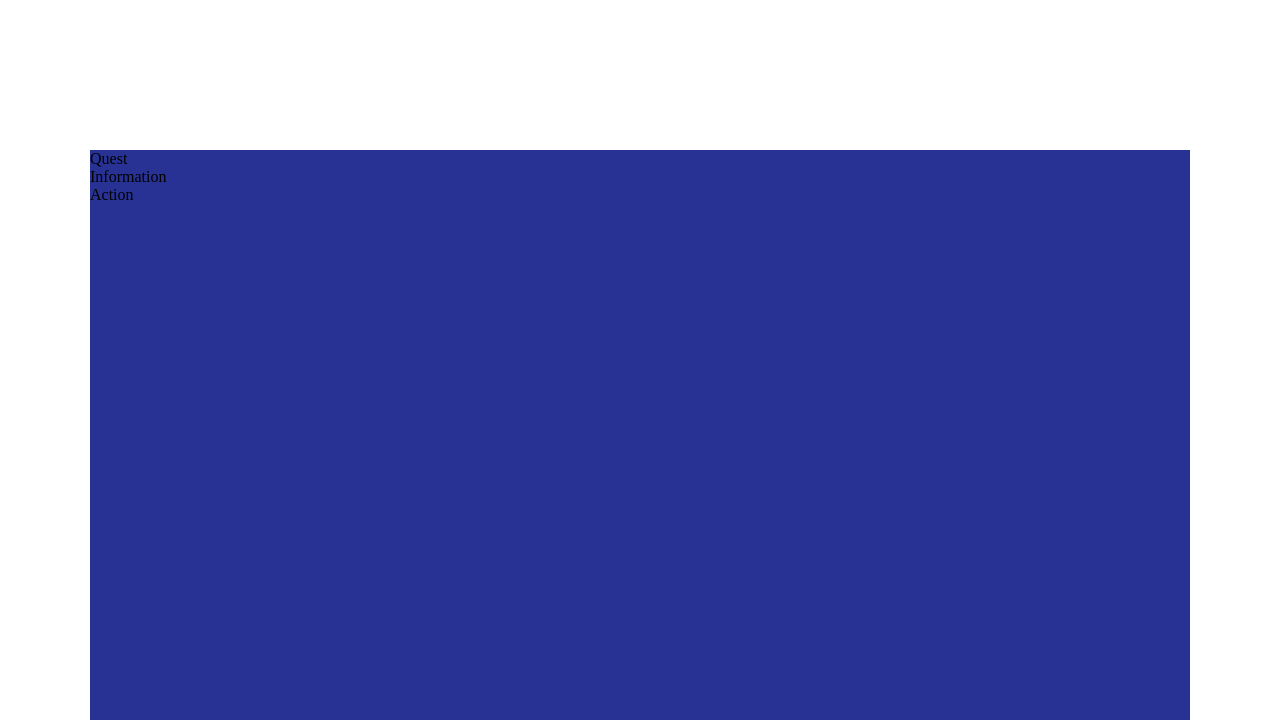
Repository: rahulnag7963/UBCHacks4.0
Page: /
An editor plug-in stored every save of this project. The page is shown before and after the next save, followed by the edit.
The browser window is 1280 px wide. The pictures show the whole page.
The project was rebuilt for these pictures with package versions that can differ from the ones it lists, and the page was loaded fresh each time.

Above is the page before, as saved 2022-11-26 02:32:02.

### public/index.html
<!DOCTYPE html>
<html lang="en">
  <head>
    <meta charset="utf-8" />
    <link rel="icon" href="%PUBLIC_URL%/favicon.ico" />
    <meta name="viewport" content="width=device-width, initial-scale=1" />
    <meta name="theme-color" content="#000000" />
    <meta
      name="description"
      content="Web site created using create-react-app"
    />
    <link rel="apple-touch-icon" href="%PUBLIC_URL%/logo192.png" />
    <link rel="manifest" href="%PUBLIC_URL%/manifest.json" />
    <title>BC Hacks 4.0 Game</title>
  </head>
  <body>
    <noscript>You need to enable JavaScript to run this app.</noscript>
    <div id="root"></div>
  </body>
</html>

### src/index.tsx
import React from 'react';
import ReactDOM from 'react-dom/client';
import './index.css';
import App from './app';

const root = ReactDOM.createRoot(
  document.getElementById('root') as HTMLElement
);

root.render(
  <React.StrictMode>
    <App />
  </React.StrictMode>
);

### src/app.tsx
import React from "react";
import "./app.css";
import Quest from "./Components/Quest";
import Information from "./Components/Information";
import Action from "./Components/Action";
function app() {
  return (
    <div className="app">
      <div className="Components">
        <Quest />
        <Information />
        <Action />
      </div>
    </div>
  );
}

export default app;

### src/app.css
.app {
    height: 570px;
    width: 1100px;
    background-color: rgb(39, 50, 148);
    margin-left: auto;
    margin-right: auto;
    margin-top: 150px;


}

.component {
    text-align: center;
    padding: 250px;
}

### src/Components/Quest.tsx
import React from 'react'

const Quest = () => {
  return (
    <div>Quest</div>
  )
}

export default Quest

### src/Components/Information.tsx
import React from 'react'

const Information = () => {
  return (
    <div>Information</div>
  )
}

export default Information

### src/Components/Action.tsx
import React from 'react'

const Action = () => {
  return (
    <div>Action</div>
  )
}

export default Action

Loaded but not shown: src/index.css (common file)

After the next save:
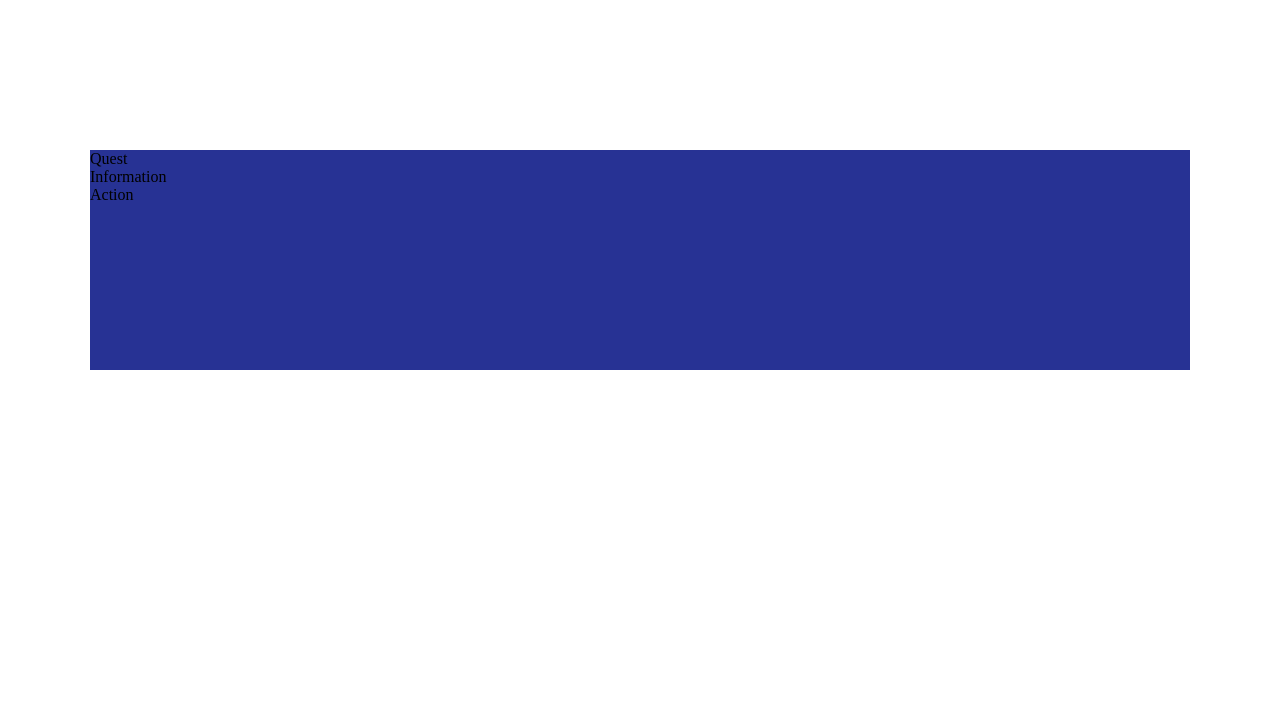
Saved 2 min 23 s later.
--- a/src/app.css
+++ b/src/app.css
@@ -1,5 +1,5 @@
 .app {
-    height: 570px;
+    height: 220px;
     width: 1100px;
     background-color: rgb(39, 50, 148);
     margin-left: auto;
